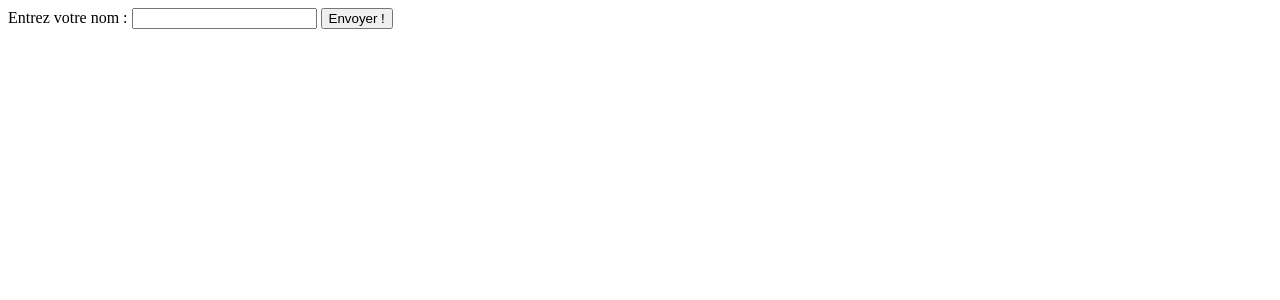
Repository: samoteur13/laravel_crud
Page: http://localhost/users
An editor plug-in stored every save of this project. The page is shown before and after the next save, followed by the edit.
The browser window is 1280 px wide. The pictures show the whole page.
The page is served by the project's Laravel application, run on PHP 8.4 with Laravel 10. Other server files are loaded and not shown.

Above is the page before, as saved 2023-03-31 12:18:55.

### routes/web.php
<?php

use Illuminate\Support\Facades\Route;
use App\Http\Controllers\PostController;
use App\Http\Controllers\ArticleController;
use App\Http\Controllers\UsersController;
use App\Http\Controllers\WelcomeController;



Route::get('/', function () {
    return view('welcome');
});

Route::get('users', [UsersController::class, 'create']);
Route::post('users', [UsersController::class, 'store']);



Route::resource("posts", PostController::class);

Route::get('/welcoming', [WelcomeController::class, 'index']);

Route::get('article/{n}', [ArticleController::class, 'show'])->where('n', '[0-9]+');

### app/Http/Controllers/UsersController.php
<?php

namespace App\Http\Controllers;

use Illuminate\View\View;
use Illuminate\Http\Request;

class UsersController extends Controller
{
    public function create() : View
    {
        return view('infos');
    }

    public function store(Request $request): string
    {
        return 'Le nom est ' . $request->input('nom');
    }
}

### resources/views/infos.blade.php
@extends('template')

@section('contenu')
    <form action="{{ url('users') }}" method="POST">

        @csrf
        <label for="nom">Entrez votre nom : </label>
        <input type="text" name="nom" id="nom">
        <input type="submit" value="Envoyer !">
    </form>
@endsection

### resources/views/template.blade.php
<!doctype html>
<html lang="fr">

<head>
    <meta charset="UTF-8">
</head>

<body>
    @yield('contenu')
</body>

</html>

Loaded but not shown: app/Http/Controllers/Controller.php (common file)

After the next save:
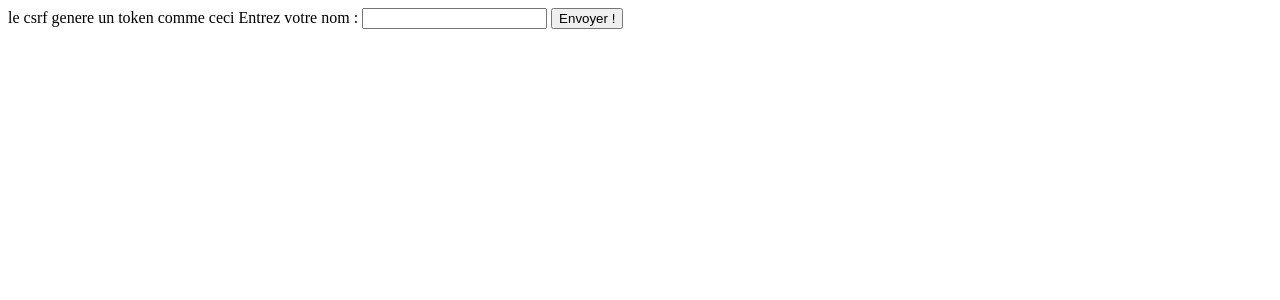
Saved 10 s later.
--- a/resources/views/infos.blade.php
+++ b/resources/views/infos.blade.php
@@ -4,6 +4,7 @@
     <form action="{{ url('users') }}" method="POST">
 
         @csrf
+        le csrf genere un token comme ceci
         <label for="nom">Entrez votre nom : </label>
         <input type="text" name="nom" id="nom">
         <input type="submit" value="Envoyer !">

After the 3 saves that followed:
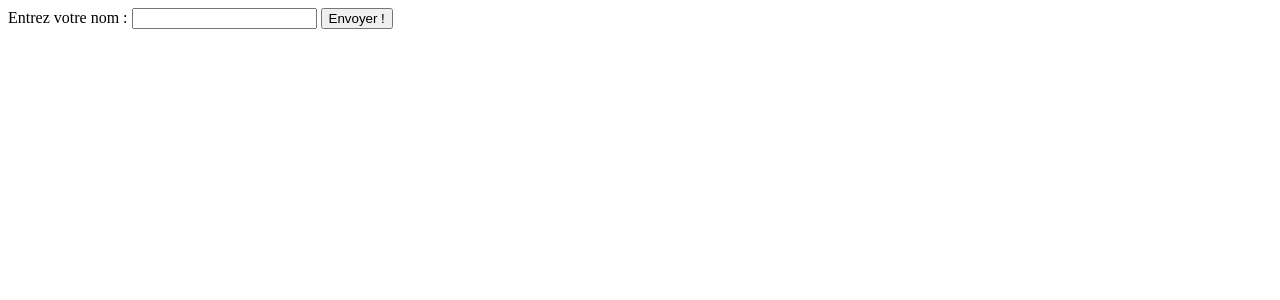
The 3 saves are shown as one change because 1 left the picture as it was and some came seconds apart.
The last was saved 12 s later.
--- a/resources/views/infos.blade.php
+++ b/resources/views/infos.blade.php
@@ -4,7 +4,9 @@
     <form action="{{ url('users') }}" method="POST">
 
         @csrf
-        le csrf genere un token comme ceci
+        {{-- le csrf genere un token comme ceci
+        <input type="hidden" name="_token" value="iIjW9PMNsV6VKT2sIc16ShoTf6SdYVZolVUGsxDI"> --}}
+
         <label for="nom">Entrez votre nom : </label>
         <input type="text" name="nom" id="nom">
         <input type="submit" value="Envoyer !">
